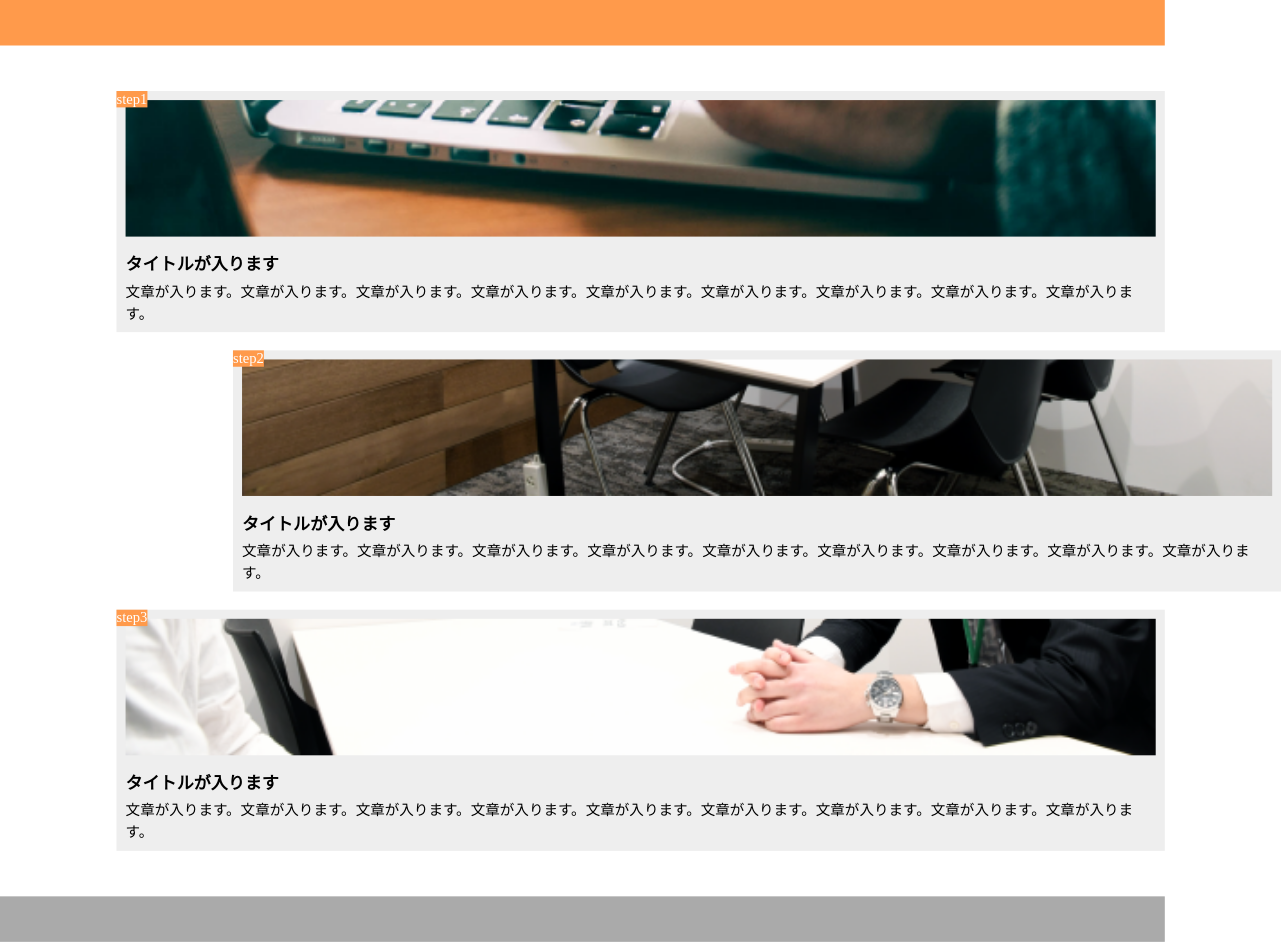
Repository: GAFAMONLINE/kadai
Page: 課題/index.html
The author's editor kept a record of every edit. The page is drawn from the files as they stood at one moment, then again after the next edit.
The browser window is 1280 px wide. The page is 1408 px wide, then 1280 px, so the pictures cover 1408 px, including what lies to the right of the window. The pictures show the whole page, at 91% of full size.

Above is the page before.

After the next edit:
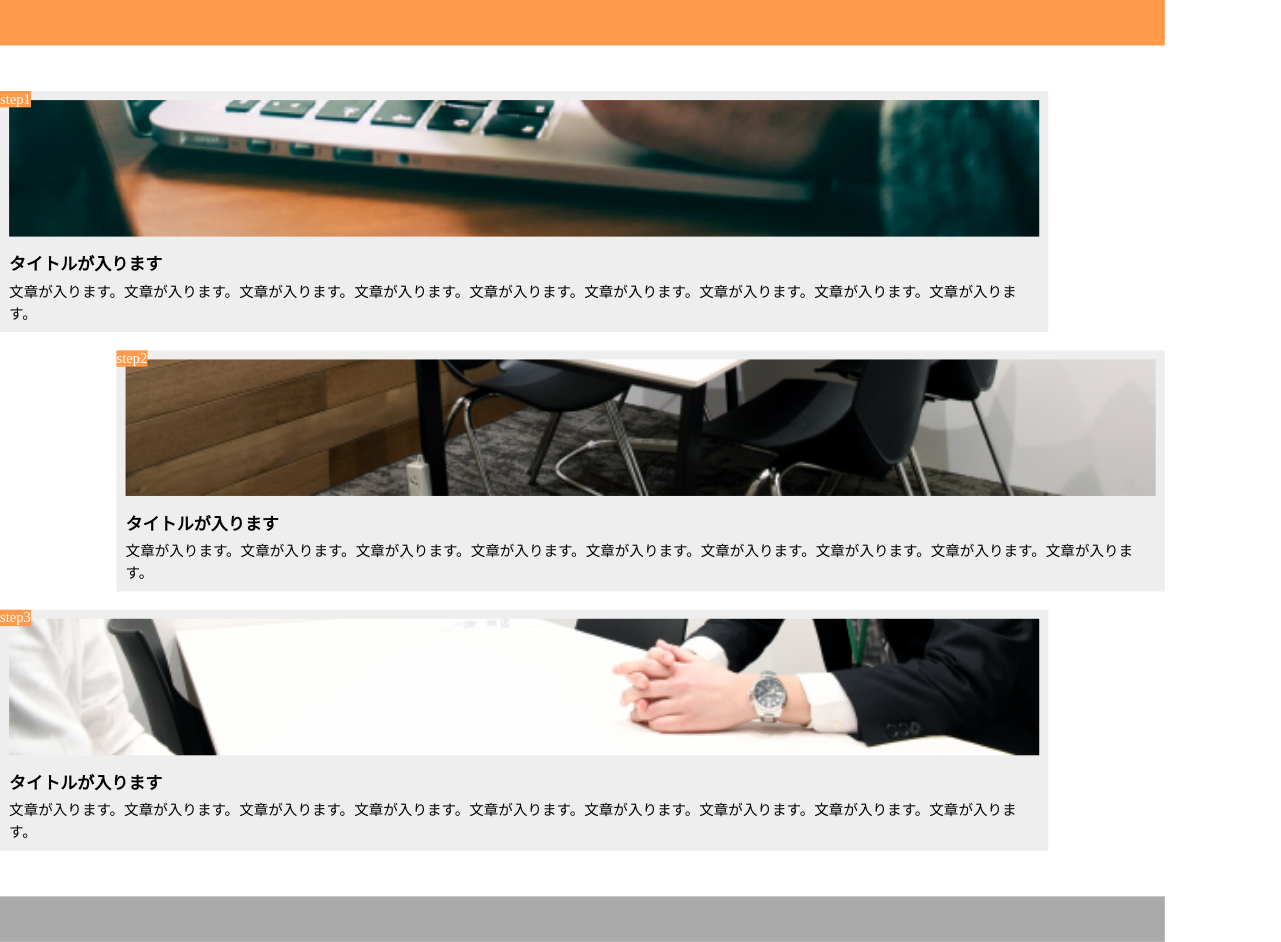
The edit:
--- a/課題/style.css
+++ b/課題/style.css
@@ -77,7 +77,7 @@
 main {
 display: block;
 width: 100%;
-margin: 50px 10%;
+margin: 50px auto;
 }
 
 .step-box {
